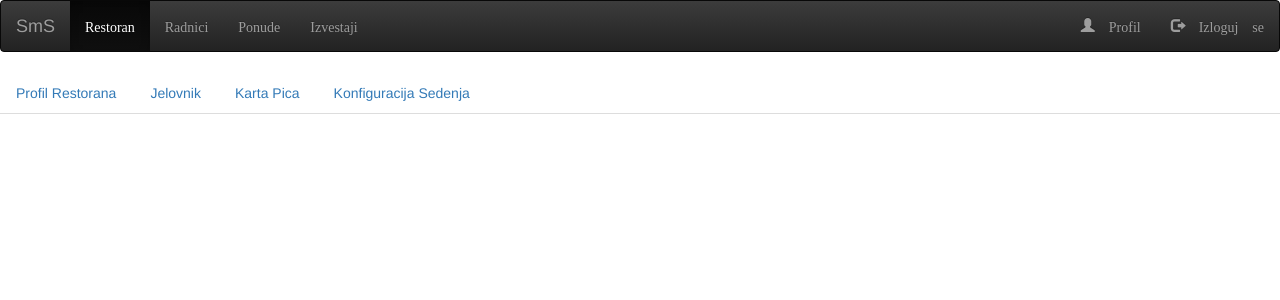
Repository: milanadam94/ISA-2016
Page: jpa-example/src/main/webapp/RestaurantManager/RestaurantManager.html
These files come from the project's save history. The page is drawn as it stood at one moment and after a run of saves; the edit follows.
The browser window is 1280 px wide. The pictures show the whole page.
The page's requests for data from a server got no answer. Some web libraries are served in a nearby version.

Above is the page before, as saved 2017-03-01 08:19:53.

After the next 2 saves:
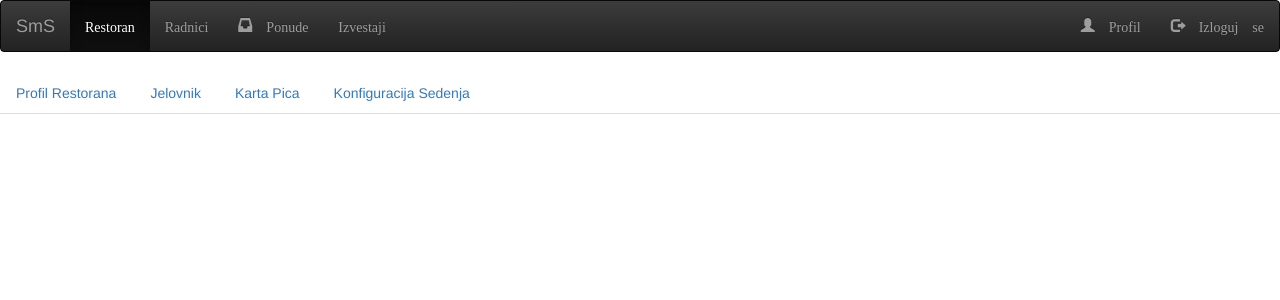
The 2 saves are shown as one change because they came seconds apart.
The last was saved 25 s later.
--- a/jpa-example/src/main/webapp/RestaurantManager/RestaurantManager.html
+++ b/jpa-example/src/main/webapp/RestaurantManager/RestaurantManager.html
@@ -39,10 +39,10 @@
 				<a class="navbar-brand">SmS</a>
 			</div>
 		<ul class="nav navbar-nav">
-			<li class="active"><a href="RestaurantManager.html" ng-click="getRestaurant()"><span class="glyphicon glyphicons-building"> Restoran </span></a></li>
-			<li><a href="RestaurantManagerWorkers.html"><span class="glyphicon glyphicons-group"> Radnici</span></a></li>
-			<li><a href="RestaurantManagerOfferers.html"><span class="glyphicon glyphicons-inbox"> Ponude </span></a></li>
-			<li><a href="RestourantManagerReport.html"><span class="glyphicon glyphicons-notes-2"> Izvestaji </span></a></li>
+			<li class="active"><a href="RestaurantManager.html" ng-click="getRestaurant()"><span class="glyphicon glyphicon-building"> Restoran </span></a></li>
+			<li><a href="RestaurantManagerWorkers.html"><span class="glyphicon glyphicon-group"> Radnici</span></a></li>
+			<li><a href="RestaurantManagerOfferers.html"><span class="glyphicon glyphicon-inbox"> Ponude </span></a></li>
+			<li><a href="RestourantManagerReport.html"><span class="glyphicon glyphicon-notes-2"> Izvestaji </span></a></li>
 		</ul>
 		<ul class="nav navbar-nav navbar-right">
 			<li><a href="#"><span class="glyphicon glyphicon-user"> Profil</span> </a>
